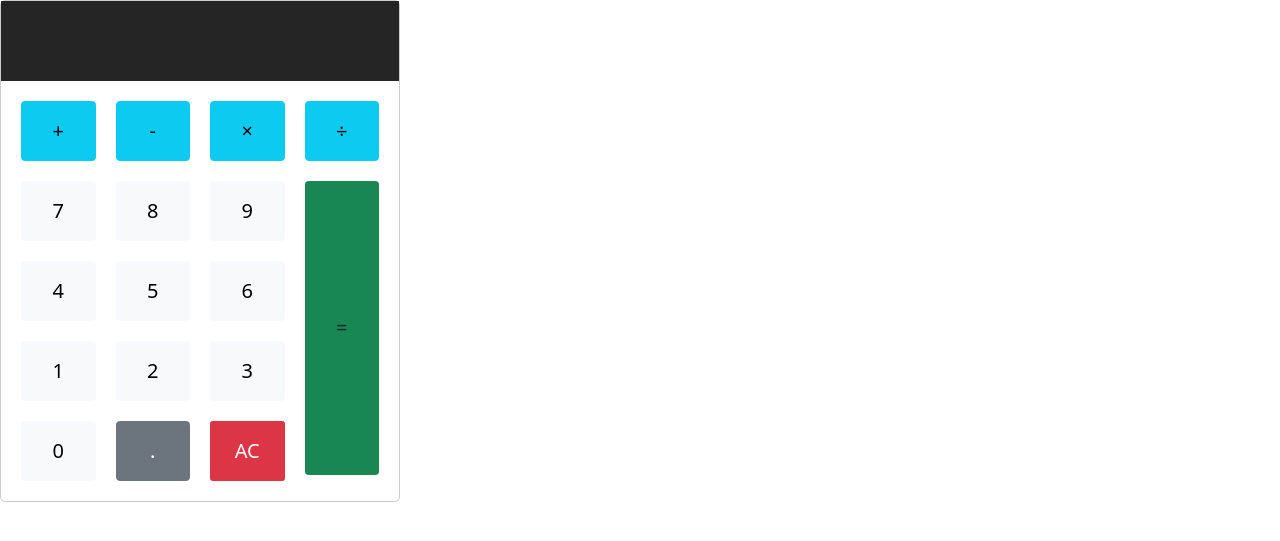
Repository: bzorufchi/tamrin-javascript
Page: Calculator .html
These files come from the project's save history. The page is drawn as it stood at one moment and after the next save; the edit follows.
The browser window is 1280 px wide. The pictures show the whole page.

Above is the page before, as saved 2024-01-06 11:32:40.

### Calculator .html
<!DOCTYPE html>
<html lang="en">
<head>
    <meta charset="UTF-8">
    <meta name="viewport" content="width=device-width, initial-scale=1.0">
    <title>Document</title>
    <link href="./Calculator .js" rel="stylesheet">
    <link href="https://cdn.jsdelivr.net/npm/bootstrap@5.3.2/dist/css/bootstrap.min.css" rel="stylesheet" integrity="sha384-T3c6CoIi6uLrA9TneNEoa7RxnatzjcDSCmG1MXxSR1GAsXEV/Dwwykc2MPK8M2HN" crossorigin="anonymous">
    <script src="https://cdn.jsdelivr.net/npm/bootstrap@5.3.2/dist/js/bootstrap.bundle.min.js" integrity="sha384-C6RzsynM9kWDrMNeT87bh95OGNyZPhcTNXj1NW7RuBCsyN/o0jlpcV8Qyq46cDfL" crossorigin="anonymous"></script>
    <style>
        html {
  font-size: 62.5%;
  box-sizing: border-box;
}

*,
*::before,
*::after {
  margin: 0;
  padding: 0;
  box-sizing: inherit;
}

.calculator {
  border: 1px solid #ccc;
  border-radius: 5px;
  width: 400px;
}

.calculator-screen {
  width: 100%;
  height: 80px;
  border: none;
  background-color: #252525;
  color: #fff;
  text-align: right;
  padding-right: 20px;
  padding-left: 10px;
  font-size: 4rem;
}

button {
  height: 60px;
  font-size: 2rem!important;
}

.equal-sign {
  height: 98%;
  grid-area: 2 / 4 / 6 / 5;
}

.calculator-keys {
  display: grid;
  grid-template-columns: repeat(4, 1fr);
  grid-gap: 20px;
  padding: 20px;
}
    </style>
</head>
<body>
    <div class="calculator card">

        <input type="text" class="calculator-screen z-depth-1 bg-" value="" disabled />

        <div class="calculator-keys">

          <button type="button" class="operator btn btn-info" value="+">+</button>
          <button type="button" class="operator btn btn-info" value="-">-</button>
          <button type="button" class="operator btn btn-info" value="*">&times;</button>
          <button type="button" class="operator btn btn-info" value="/">&divide;</button>

          <button type="button" value="7" class="btn btn-light waves-effect">7</button>
          <button type="button" value="8" class="btn btn-light waves-effect">8</button>
          <button type="button" value="9" class="btn btn-light waves-effect">9</button>


          <button type="button" value="4" class="btn btn-light waves-effect">4</button>
          <button type="button" value="5" class="btn btn-light waves-effect">5</button>
          <button type="button" value="6" class="btn btn-light waves-effect">6</button>


          <button type="button" value="1" class="btn btn-light waves-effect">1</button>
          <button type="button" value="2" class="btn btn-light waves-effect">2</button>
          <button type="button" value="3" class="btn btn-light waves-effect">3</button>


          <button type="button" value="0" class="btn btn-light waves-effect">0</button>
          <button type="button" class="decimal function btn btn-secondary" value=".">.</button>
          <button type="button" class="all-clear function btn btn-danger btn-sm" value="all-clear">AC</button>

          <button type="button" class="equal-sign operator btn btn-default bg-success" value="=">=</button>

        </div>
      </div>
</body>
</html>

### Calculator .js
var arr=[10,5,7]
var r=[]
Calculator(arr)
console.log(r)
function Calculator(arr){
for (let i = 0; i < arr.length; i++) {
  r[i]=(arr[i])
}
}
function add(){

}
function subtract(){

}
function divide(){

}

After the next save:
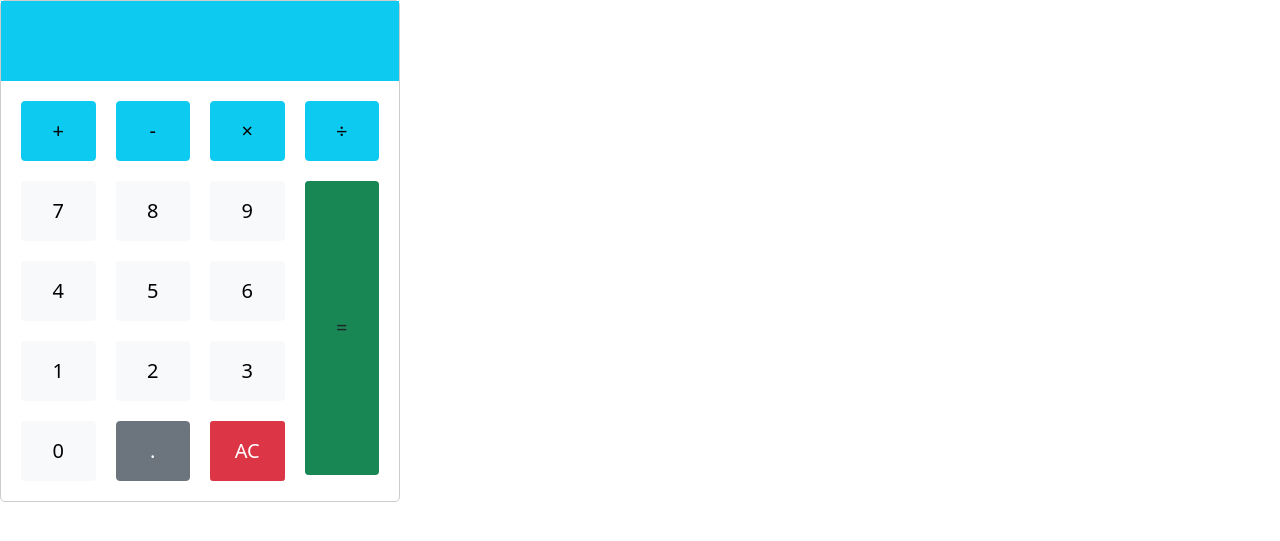
Saved 8 s later.
--- a/Calculator .html
+++ b/Calculator .html
@@ -60,7 +60,7 @@
 <body>
     <div class="calculator card">
 
-        <input type="text" class="calculator-screen z-depth-1 bg-" value="" disabled />
+        <input type="text" class="calculator-screen z-depth-1 bg-info " value="" disabled />
 
         <div class="calculator-keys">
 

After the save that followed:
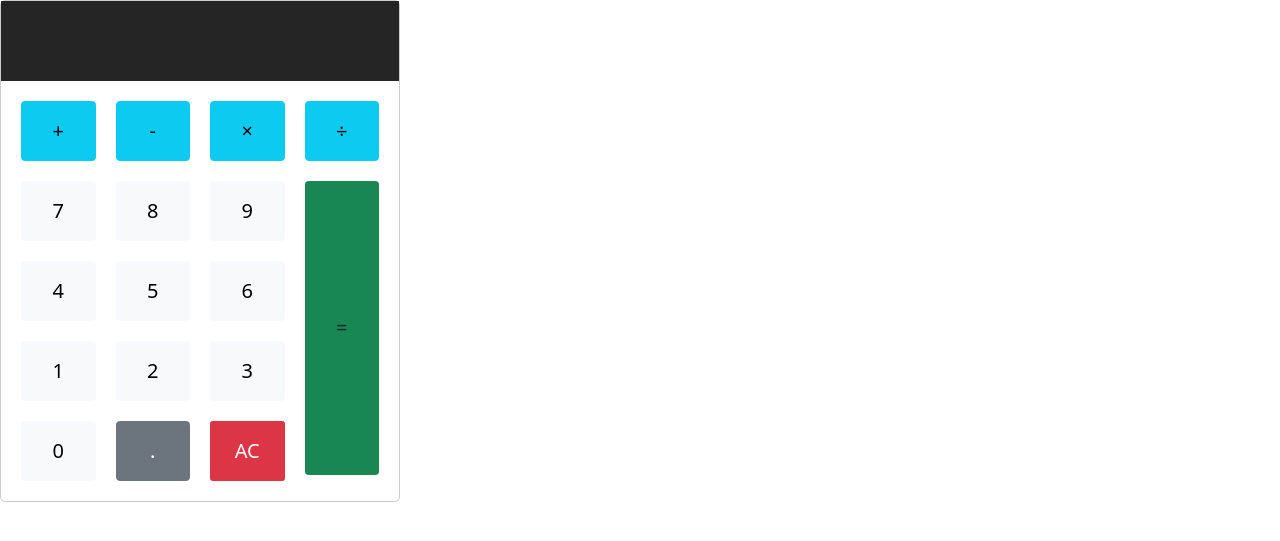
Saved 4 s later.
--- a/Calculator .html
+++ b/Calculator .html
@@ -60,7 +60,7 @@
 <body>
     <div class="calculator card">
 
-        <input type="text" class="calculator-screen z-depth-1 bg-info " value="" disabled />
+        <input type="text" class="calculator-screen z-depth-1  " value="" disabled />
 
         <div class="calculator-keys">
 
